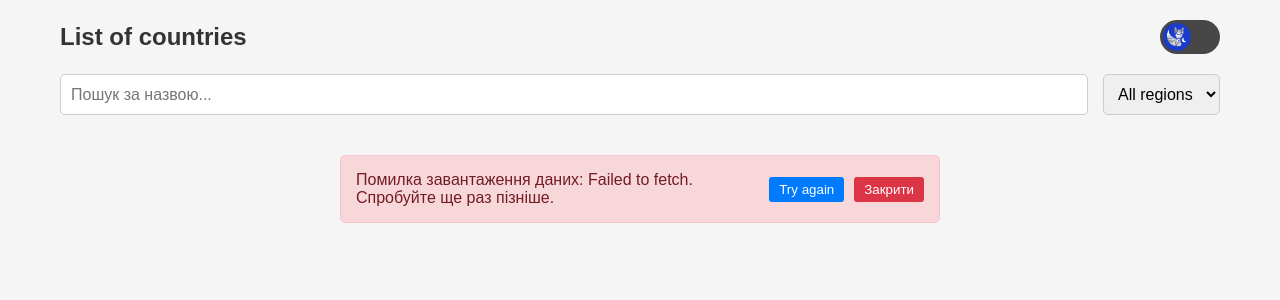
Repository: Denis793/World_Country
Page: index.html
The author's editor kept a copy of each file at every save. The page is drawn from the files as they stood at one save, then again after the next save.
The browser window is 1280 px wide. The pictures show the whole page.
The page's requests for data from a server got no answer.

Above is the page before, as saved 2025-04-27 20:13:35.

After the next save:
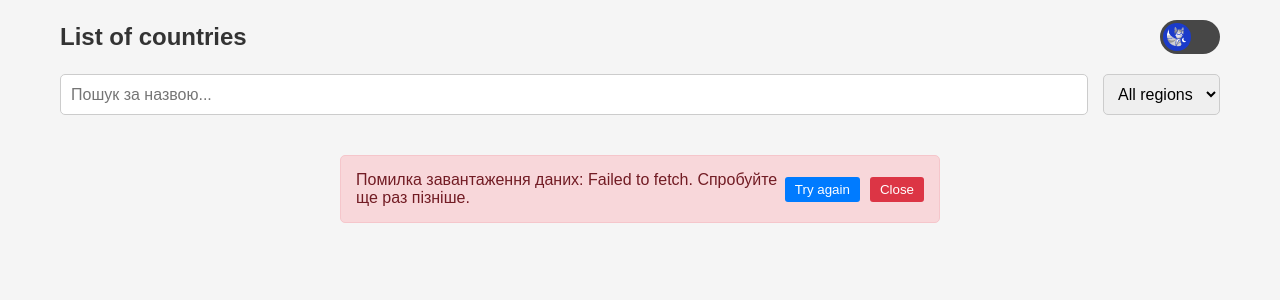
Saved 18 s later.
--- a/index.html
+++ b/index.html
@@ -42,7 +42,7 @@
 
         <div class="error-buttons">
           <button id="retry">Try again</button>
-          <button id="close-error">Закрити</button>
+          <button id="close-error">Close</button>
         </div>
       </div>
     </div>
